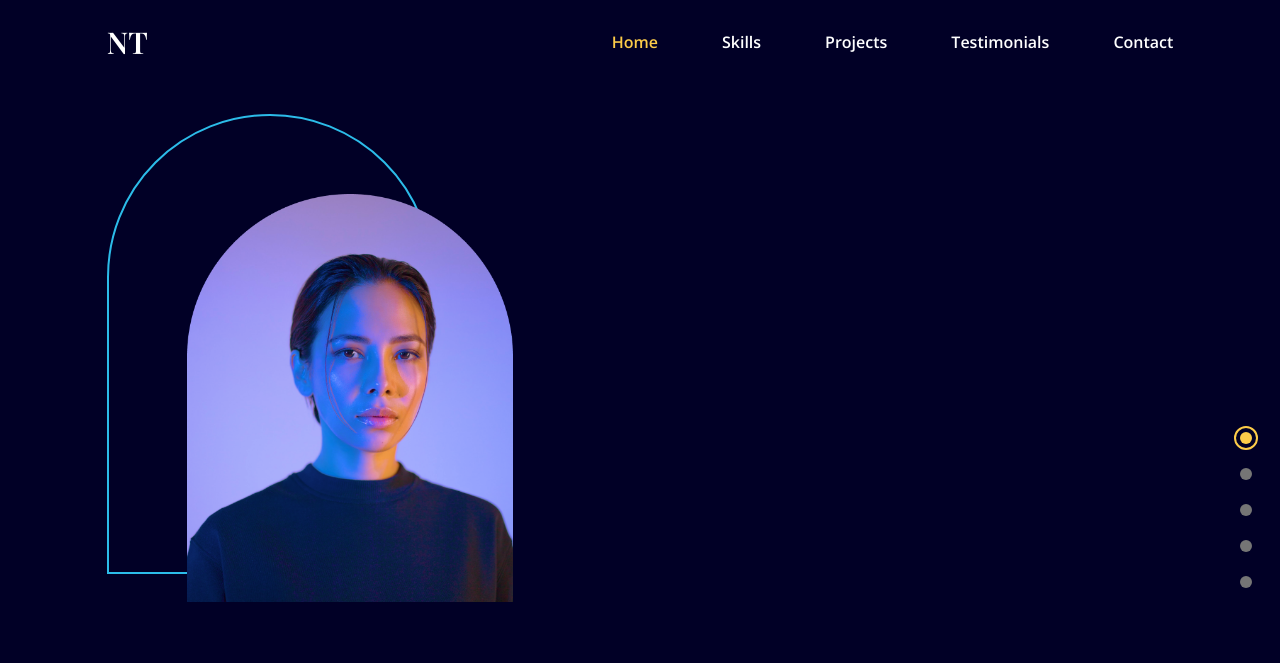
Repository: thibaultNicolas/portfolio-react
Page: /
An editor plug-in stored every save of this project. The page is shown before and after the next save, followed by the edit.
The browser window is 1280 px wide. The pictures show the whole page.
The project was rebuilt for these pictures with package versions that can differ from the ones it lists, and the page was loaded fresh each time. Also part of the build but not shown: next.config.ts.

Above is the page before, as saved 2023-01-08 10:38:18.

After the next save:
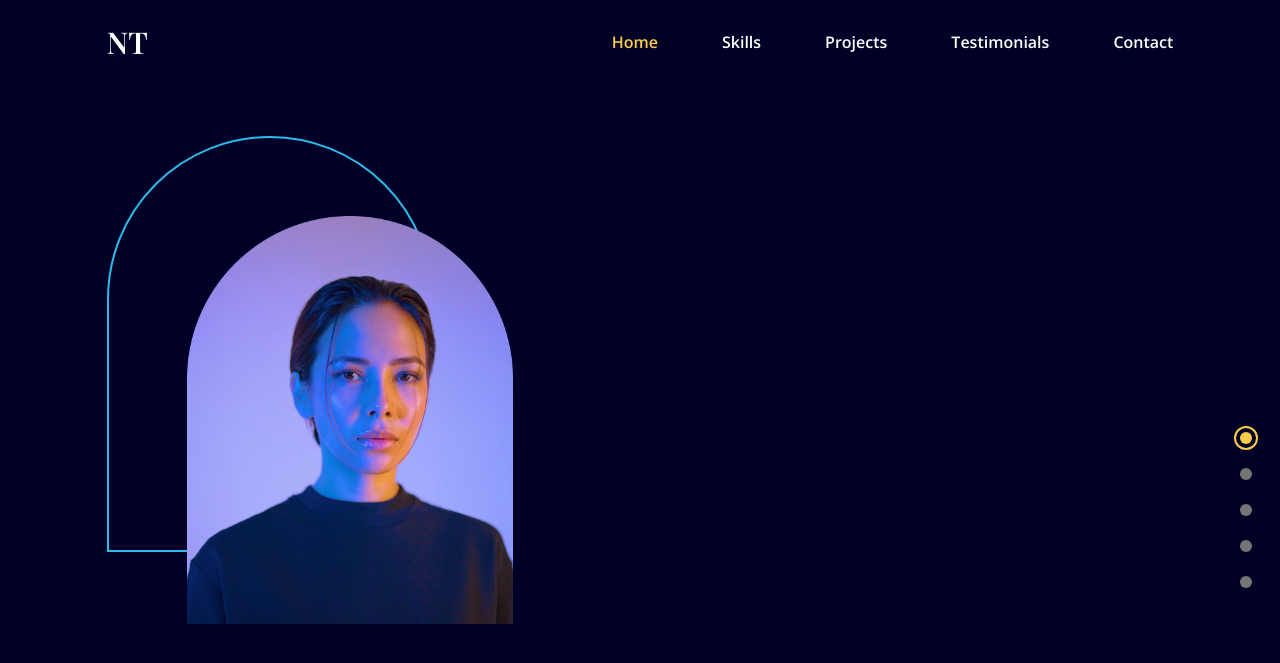
Saved 9 s later.
--- a/src/scenes/Landing.jsx
+++ b/src/scenes/Landing.jsx
@@ -47,7 +47,7 @@
                             Thibault
                         </span>
                         </p>
-                        <p className='mt-10 mb-7 '>
+                        <p className='mt-10 mb-7 text-sm text-center md:text-start'>
                         Lorem ipsum dolor sit amet, consectetur adipiscing elit, sed do eiusmod tempor incididunt ut labore et dolore magna aliqua. Ut enim ad minim veniam.
                         </p>
                     </motion.div>
